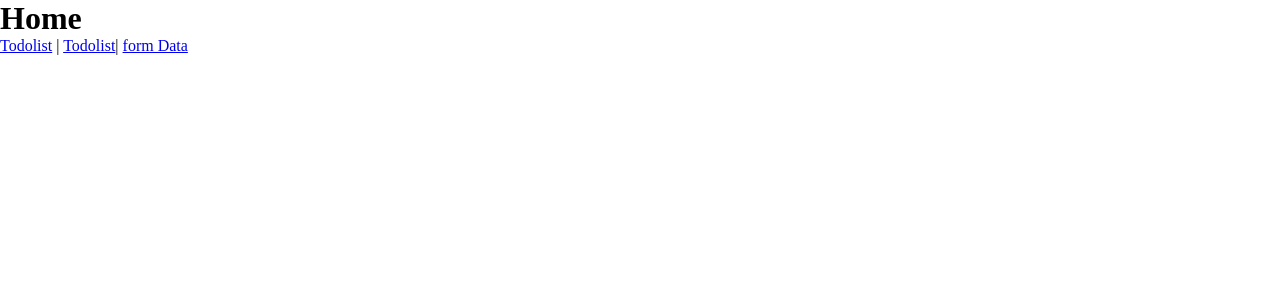
Repository: phamhac178/todolist-reactjs
Page: /
These files come from the project's save history. The page is drawn as it stood at one moment and after a run of saves; the edit follows.
The browser window is 1280 px wide. The pictures show the whole page.
Some web libraries are served in a nearby version. The project was rebuilt for these pictures with package versions that can differ from the ones it lists, and the page was loaded fresh each time. Also part of the build but not shown: src/Components/Form.js, src/Components/Header.js, src/Components/TodoList.js, src/Components/Todos.js, src/scss/data.css, src/Components/Data.js.

Above is the page before, as saved 2022-07-18 16:46:52.

### src/App.js
import React, { useEffect, useState } from "react";
import "./App.css";
import { BrowserRouter, Routes, Route } from "react-router-dom";
import Menu from "./Components/Menu";
import Todos from "./Components/Todos";
import Data from "./Components/Data";
const App = () => {
    return (
        <BrowserRouter>
            <Routes>
                <Route path="/" element={<Menu />}></Route>
                <Route path="/Todolist" element={<Todos />}></Route>
                <Route path="/Data" element={<Data />}></Route>
            </Routes>
        </BrowserRouter>
        // <div className="container">
        //     <div className="app-wrapper">
        //         <div>
        //             <Data />
        //             <Header />
        //         </div>
        //         <div>
        //             <Form
        //                 input={input}
        //                 setInput={setInput}
        //                 todos={todos}
        //                 setTodos={setTodos}
        //                 editTodo={editTodo}
        //                 setEditTodo={setEditTodo}
        //             />
        //         </div>
        //         <div>
        //             <TodoList
        //                 todos={todos}
        //                 setTodos={setTodos}
        //                 setEditTodo={setEditTodo}
        //             />
        //         </div>
        //     </div>
        // </div>
    );
};

export default App;

### src/Components/Menu.js
import { Link } from "react-router-dom";
function Menu() {
    return (
        <div>
            <h1>Home</h1>
            <nav>
                <Link to="/">Todolist</Link> |{" "}
                <Link to="Todolist">Todolist</Link>|{" "}
                <Link to="Data">form Data</Link>
            </nav>
        </div>
    );
}
export default Menu;

Loaded but not shown: public/index.html (common file); src/index.js (common file); src/App.css (common file)

After the next 2 saves:
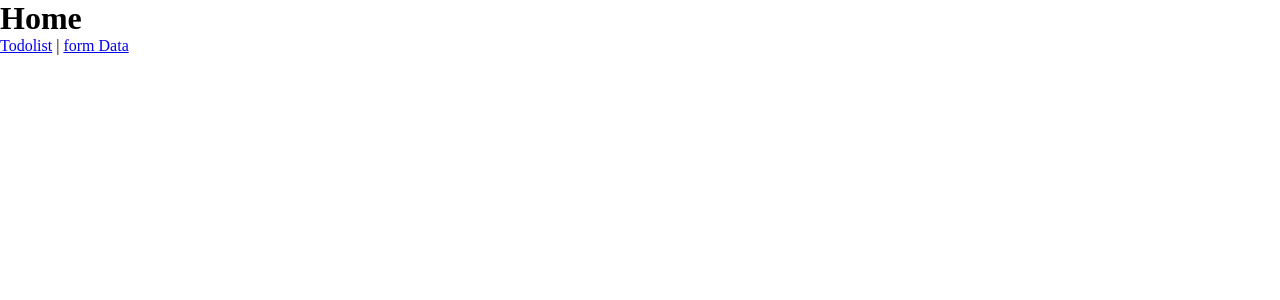
The 2 saves are shown as one change because they came seconds apart.
The last was saved 10 s later.
--- a/src/Components/Menu.js
+++ b/src/Components/Menu.js
@@ -4,9 +4,7 @@ function Menu() {
         <div>
             <h1>Home</h1>
             <nav>
-                <Link to="/">Todolist</Link> |{" "}
-                <Link to="Todolist">Todolist</Link>|{" "}
-                <Link to="Data">form Data</Link>
+                <Link to="/">Todolist</Link> | <Link to="Data">form Data</Link>
             </nav>
         </div>
     );
